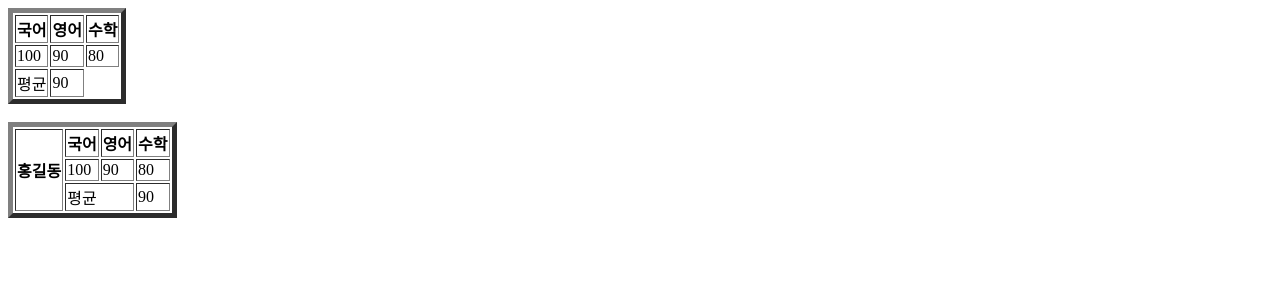
Repository: tjdwlsaos22/TJ_JSP
Page: jsp/HTML/src/main/webapp/Lec04.html
The author's editor kept a copy of each file at every save. The page is drawn from the files as they stood at one save, then again after the next save.
The browser window is 1280 px wide. The pictures show the whole page.

Above is the page before, as saved 2024-01-17 03:10:21.

After the next save:
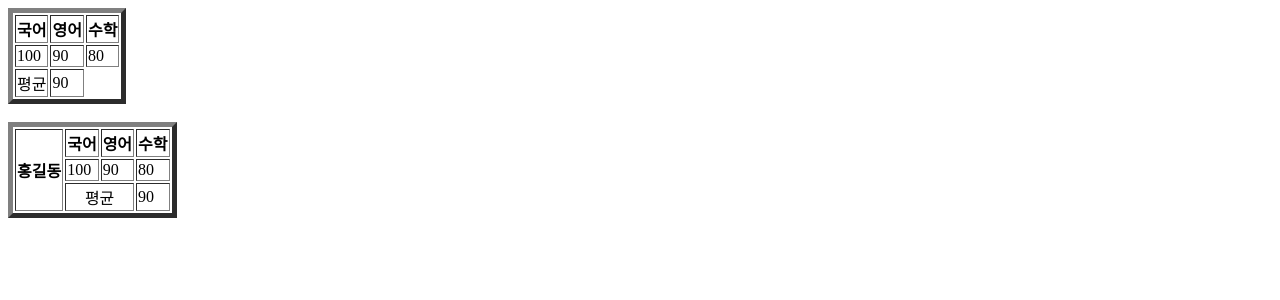
Saved 3 min 27 s later.
--- a/jsp/HTML/src/main/webapp/Lec04.html
+++ b/jsp/HTML/src/main/webapp/Lec04.html
@@ -35,7 +35,7 @@
 				<td>80</td>
 			</tr>
 			<tr>
-				<td colspan="2">평균</td>
+				<td colspan="2" align="center">평균</td>
 				<td>90</td>
 			</tr>
 		</table>
